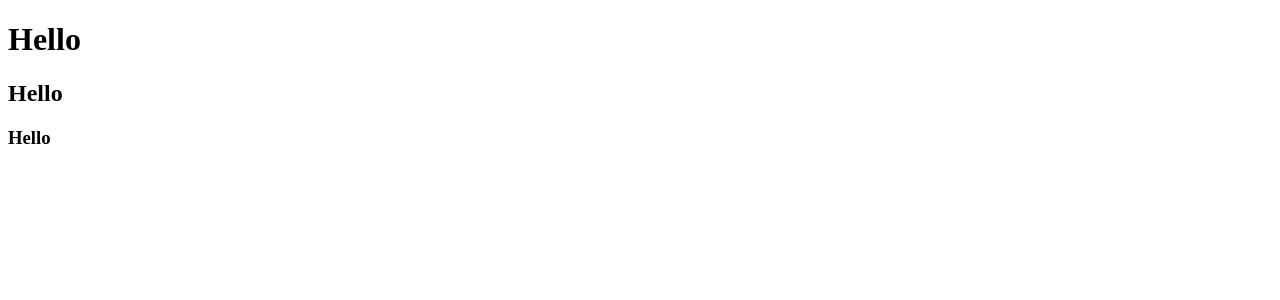
Repository: Chintan-elite/Java_Shail
Page: Learning_web/src/main/webapp/index.html
The author's editor kept a copy of each file at every save. The page is drawn from the files as they stood at one save, then again after the next save.
The browser window is 1280 px wide. The pictures show the whole page.

Above is the page before, as saved 2023-09-08 11:55:46.

### Learning_web/src/main/webapp/index.html
<!DOCTYPE html>
<html>
<head>
<meta charset="ISO-8859-1">
<title>Home</title>
</head>
<body>

	<h1>Hello</h1>
	<h2>Hello</h2>
	<h3>Hello</h3>

</body>
</html>

After the next save:
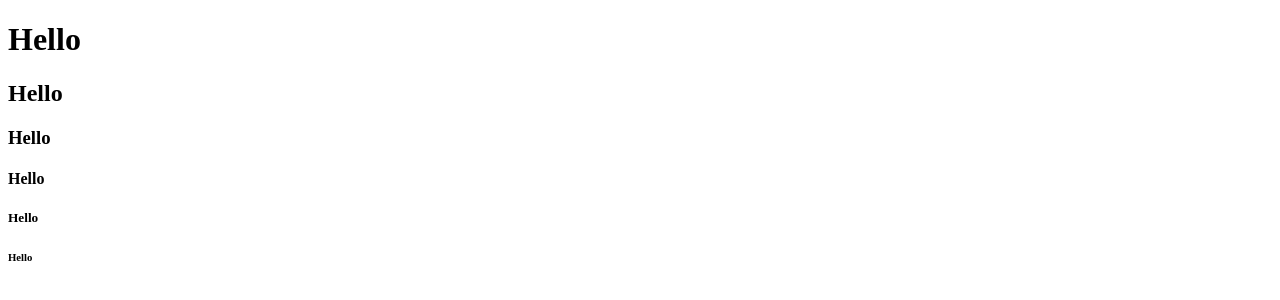
Saved 30 s later.
--- a/Learning_web/src/main/webapp/index.html
+++ b/Learning_web/src/main/webapp/index.html
@@ -9,6 +9,8 @@
 	<h1>Hello</h1>
 	<h2>Hello</h2>
 	<h3>Hello</h3>
-
+	<h4>Hello</h4>
+	<h5>Hello</h5>
+	<h6>Hello</h6>
 </body>
 </html>
